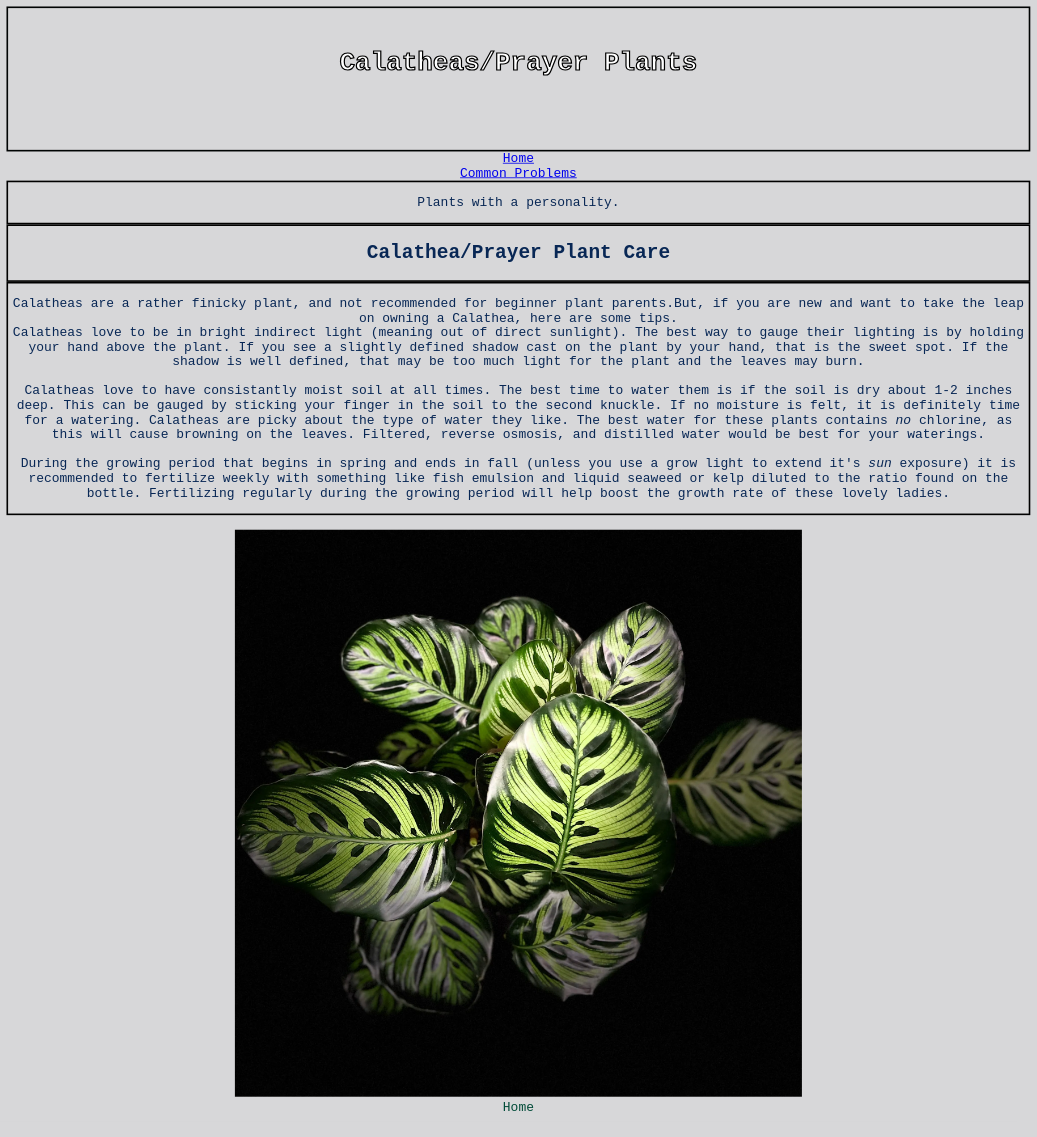
Repository: swillis91/odin-recipies
Page: Planty Page/calatheas.html
An editor plug-in stored every save of this project. The page is shown before and after the next save, followed by the edit.
The browser window is 1280 px wide. The pictures show the whole page, at 81% of full size.

Above is the page before, as saved 2023-08-14 23:34:10.

### Planty Page/calatheas.html
<!DOCTYPE html>
    <html>
        <head>
            <title>Calatheas</title>
            <link href="style.css" rel="stylesheet"
        </head>
        <body>
            <h1 class="heading"><b>Calatheas/Prayer Plants</b></h1>
            <Nav><a href='./index.html'>Home</a></Nav>
            <nav><a href='./problems.html'>Common Problems</a></Nav>
            <div class="box">
              <p>Plants with a personality.</p>
            </div>
            <div class="box">
                <h2 class="species">Calathea/Prayer Plant Care</h2>
            </div>
            <div class="box">
                <p class="care">Calatheas are a rather finicky plant, and not recommended for beginner plant parents.But, if you are new and want to take the leap on owning a Calathea, here are some tips.
                <br>
                Calatheas love to be in bright indirect light (meaning out of direct sunlight). The best way to gauge their lighting is by holding your hand above the plant. If you see a slightly defined shadow cast on the plant by your hand, that is the sweet spot. If the shadow is well defined, that may be too much light for the plant and the leaves may burn.
                <br><br>
                Calatheas love to have consistantly moist soil at all times. The best time to water them is if the soil is dry about 1-2 inches deep. This can be gauged by sticking your finger in the soil to the second knuckle. If no moisture is felt, it is definitely time for a watering. Calatheas are picky about the type of water they like. The best water for these plants contains <em>no</em> chlorine, as this will cause browning on the leaves. Filtered, reverse osmosis, and distilled water would be best for your waterings.
                <br><br>
                During the growing period that begins in spring and ends in fall (unless you use a grow light to extend it's <i>sun</i> exposure) it is recommended to fertilize weekly with something like fish emulsion and liquid seaweed or kelp diluted to the ratio found on the bottle. Fertilizing regularly during the growing period will help boost the growth rate of these lovely ladies.</p>
            </div>
            <br>
                <img src="./Images/makoyana.webp" id="calathea makoyana" width="700px">
            <footer>
                <nav>
                    <a href="./index.html" class="navigation">Home</a>

                </nav>
            </footer>
        </body>
    </html>

### Planty Page/style.css
body{
    background-color: rgb(215, 215, 217);
    color:rgb(8, 39, 85);
    text-align: center;
    font-family: 'Permanent Marker', cursive;
    font-family: 'Space Mono', monospace;
}

.heading{
    color: rgb(0, 0, 0);
    -webkit-text-fill-color: rgb(255, 255, 255);
    -webkit-text-stroke-width: 1.5px;
    -webkit-text-stroke-color: rgb(0, 0, 0);
    text-transform: capitalize;
    border: 2px solid rgb(0, 3, 3);
    background-image: linear-gradient();
    height: 75px;
    margin: 0 auto;
    padding:50px 20px;

}

div.box{
    border:2px solid black;
    display: flex;
    margin-left: auto;
    flex-direction:column;
    align-content: center;
}

#calathea-makoyana{
    width: 500px;
    Height: auto:
}

.navigation{
    color:rgb(1, 75, 56);
    text-decoration: none;
}

a:hover{
    color: rgb(20, 220, 2);
    background-color: rgb(5, 55, 1);
}

After the next save:
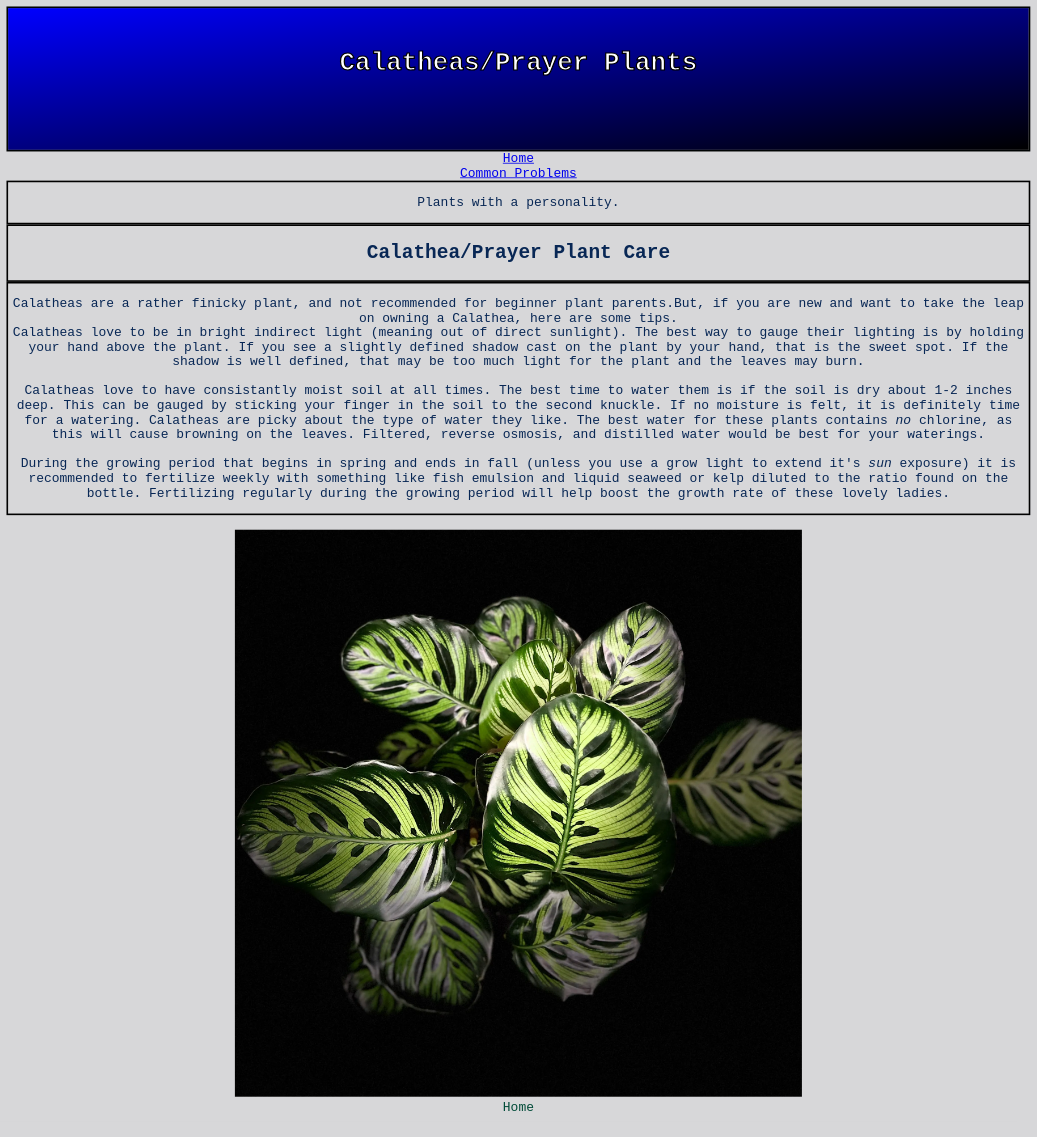
Saved 39 s later.
--- a/Planty Page/style.css
+++ b/Planty Page/style.css
@@ -13,7 +13,7 @@ body{
     -webkit-text-stroke-color: rgb(0, 0, 0);
     text-transform: capitalize;
     border: 2px solid rgb(0, 3, 3);
-    background-image: linear-gradient();
+    background-image: linear-gradient(to bottom right, blue, black);
     height: 75px;
     margin: 0 auto;
     padding:50px 20px;
